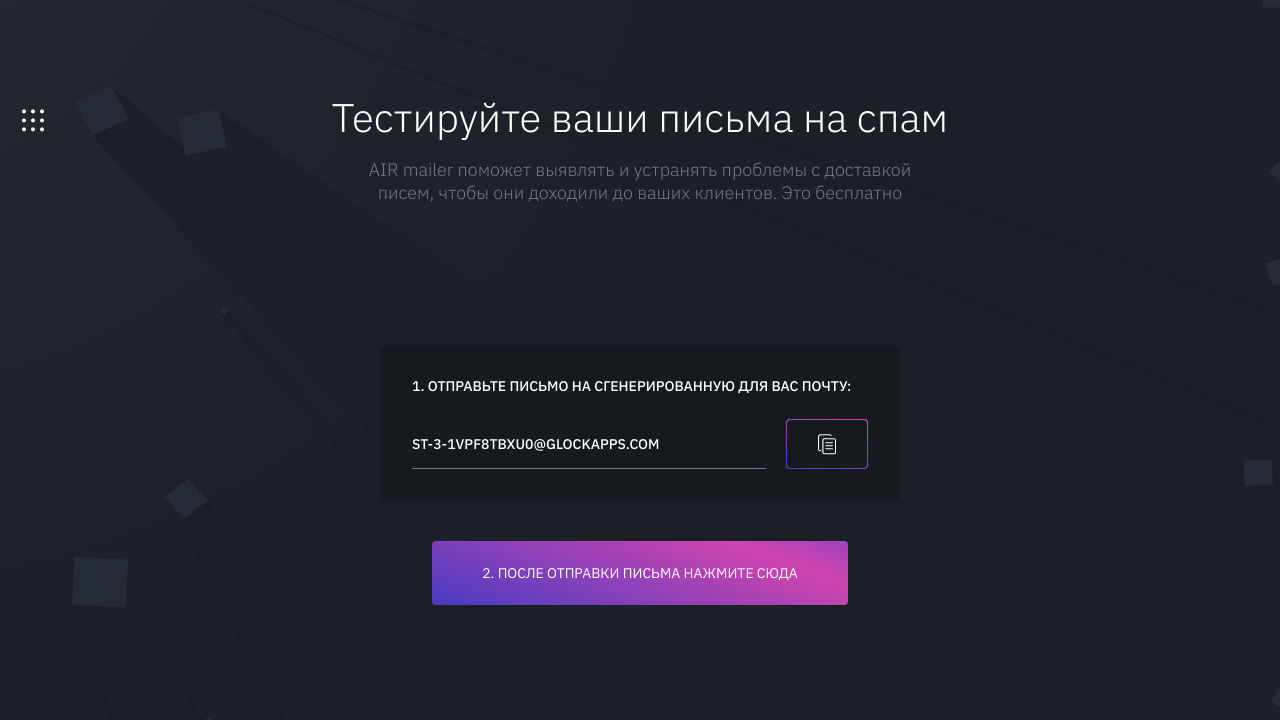
Repository: Hudson8811/air-helper
Page: index.html
An editor plug-in stored every save of this project. The page is shown before and after the next save, followed by the edit.
The browser window is 1280 px wide. The pictures show the whole page.
After loading, the first visible `span.icon-arrow` was clicked once.

Above is the page before, as saved 2020-06-03 16:18:45.

After the next save:
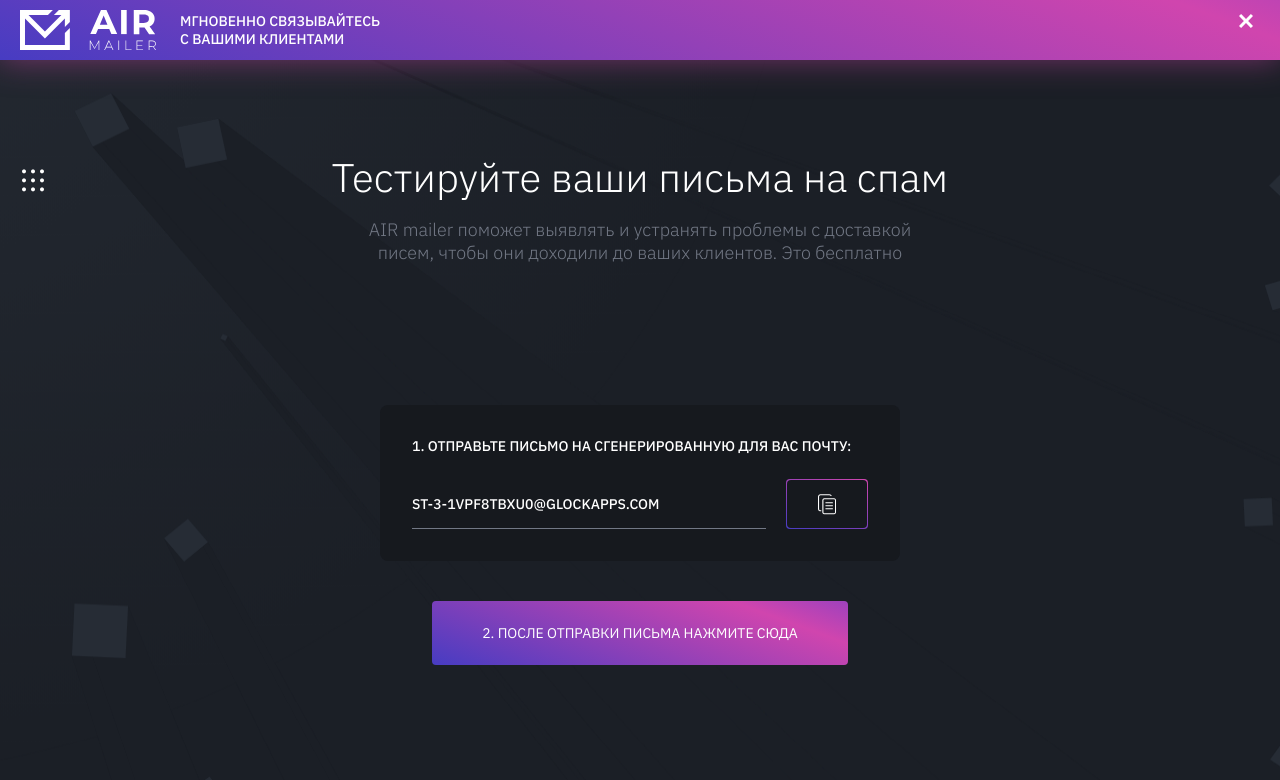
Saved 21 s later.
--- a/js/main.js
+++ b/js/main.js
@@ -32,7 +32,7 @@
 
 
     $('.appeal-link__arrow').click(function(){
-        $('.appeal-link').slideUp(300);
+        $('.appeal-link').slideUp(3000);
     });
 
     if($('.js-mailing__nav-wrap').length>0){

After the save that followed:
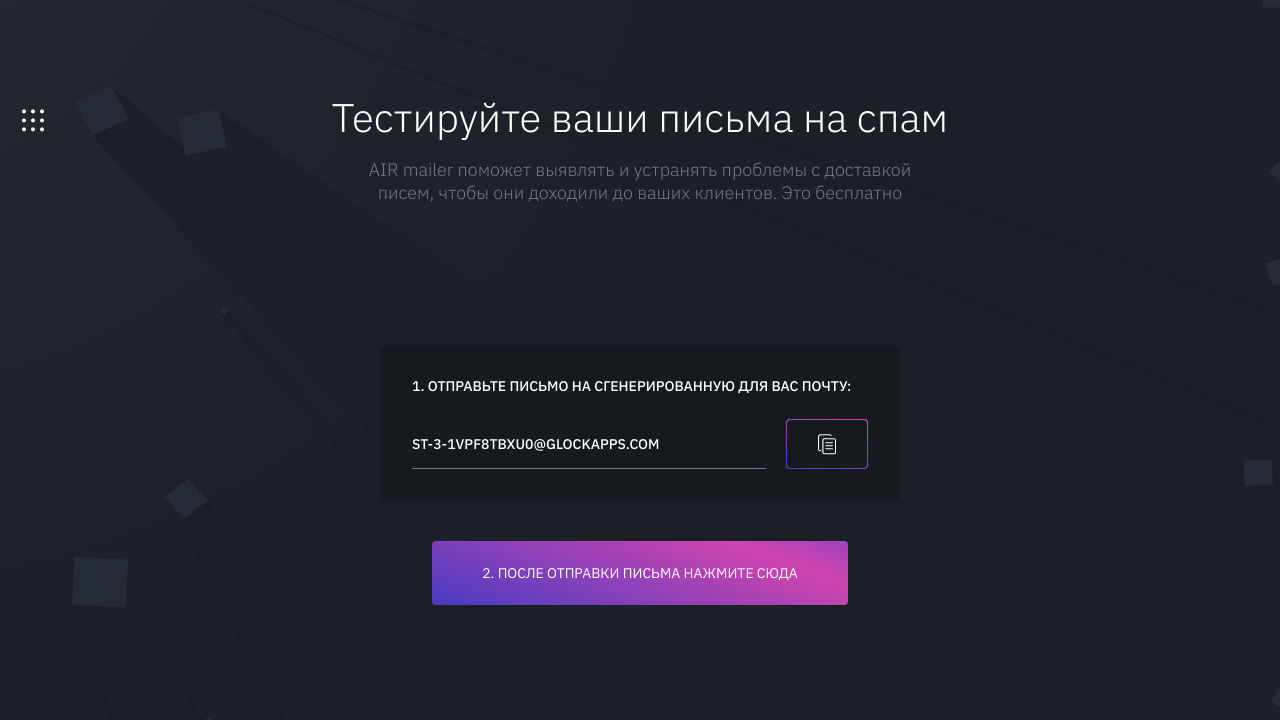
Saved 72 s later.
--- a/js/main.js
+++ b/js/main.js
@@ -32,7 +32,7 @@
 
 
     $('.appeal-link__arrow').click(function(){
-        $('.appeal-link').slideUp(3000);
+        $('.appeal-link').fadeOut(1000);
     });
 
     if($('.js-mailing__nav-wrap').length>0){
